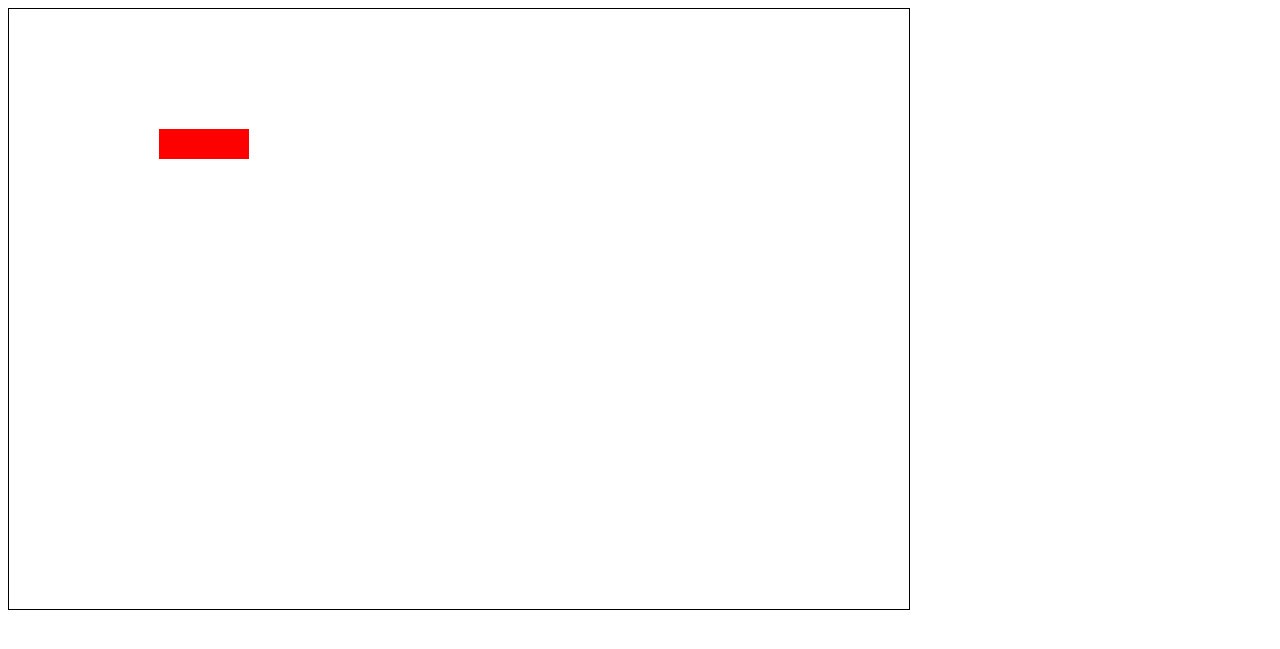
Repository: 0Memo/serpent
Page: index.html
The author's editor kept a copy of each file at every save. The page is drawn from the files as they stood at one save, then again after the next save.
The browser window is 1280 px wide. The pictures show the whole page.

Above is the page before, as saved 2020-12-16 08:25:23.
Console error: TypeError: ctx.beginPatch is not a function

After the next save:
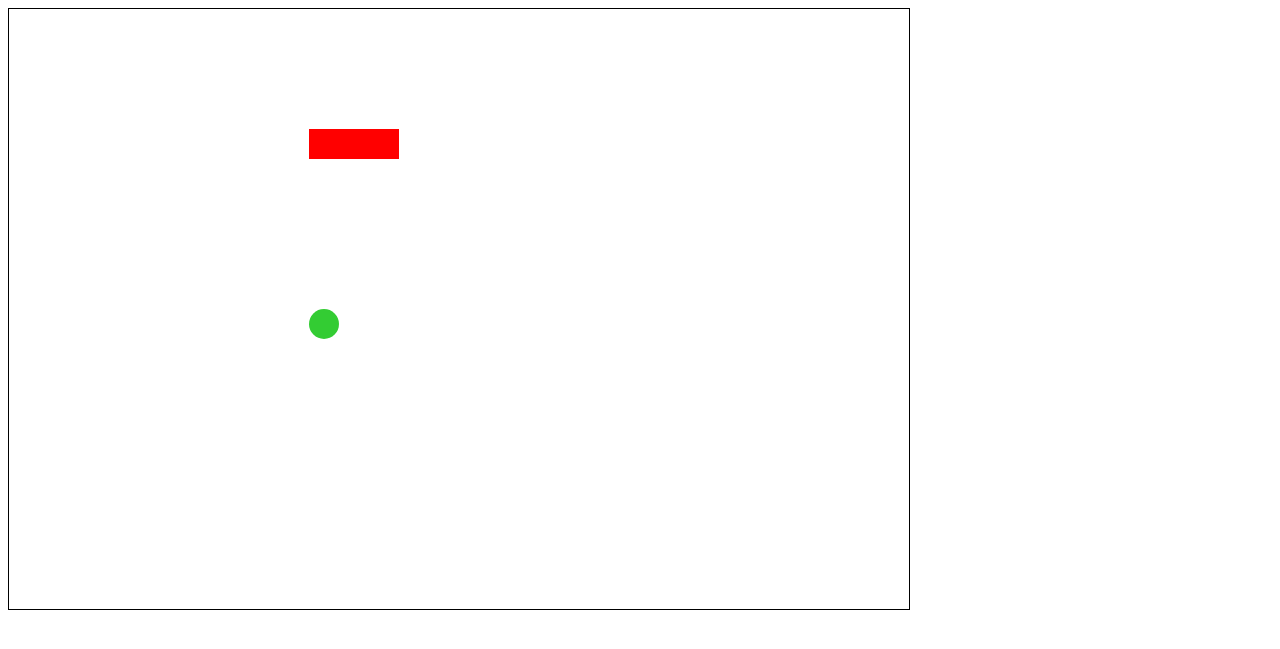
The error is gone.
Saved 32 s later.
--- a/js/script.js
+++ b/js/script.js
@@ -95,7 +95,7 @@ window.onload = function(){
         this.draw = function(){
             ctx.save();
             ctx.fillStyle = "#33cc33";
-            ctx.beginPatch();
+            ctx.beginPath();
             var radius = blockSize / 2;
             var x = position[0] * blockSize + radius;
             var y = position[1] * blockSize + radius;
